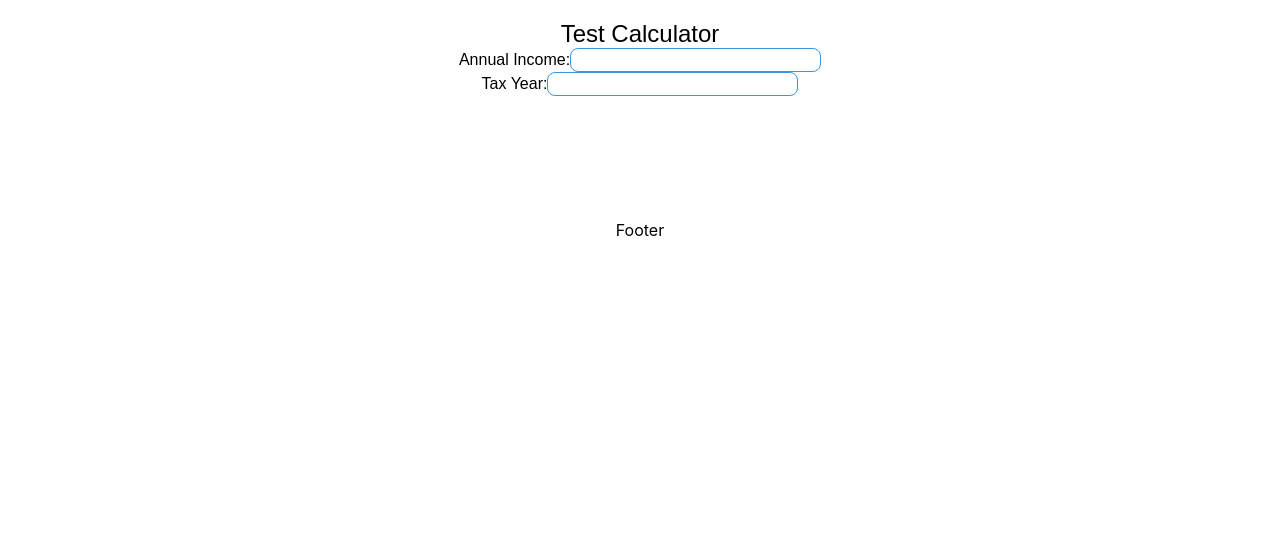
Repository: jbpadilha/taxcalculator
Page: /
The author's editor kept a copy of each file at every save. The page is drawn from the files as they stood at one save, then again after the next save.
The browser window is 1280 px wide. The pictures show the whole page.
The project was rebuilt for these pictures with package versions that can differ from the ones it lists, and the page was loaded fresh each time.

Above is the page before, as saved 2023-06-16 21:04:24.

After the next save:
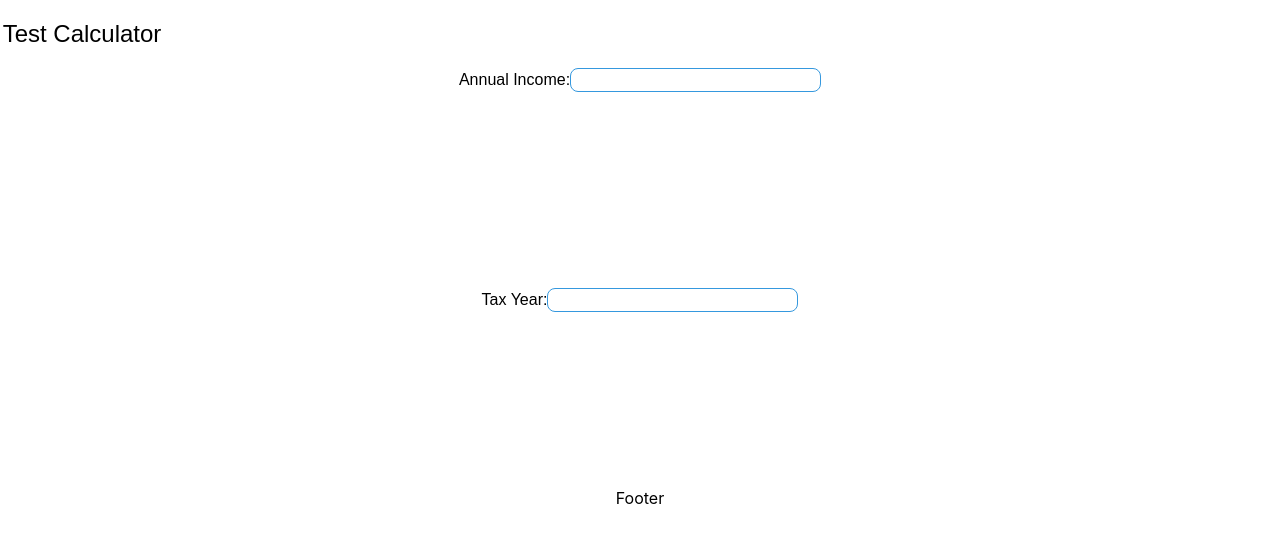
Saved 33 s later.
--- a/src/components/Main.tsx
+++ b/src/components/Main.tsx
@@ -41,12 +41,12 @@ const Main = () => {
 
     return (
         <div style={styles.content}>
-            <span style={styles.title}>Test Calculator</span>
-            <div>
+            <div style={styles.title}>Test Calculator</div>
+            <div style={styles.content}>
                 <label htmlFor='income' style={styles.titleInput}>Annual Income:</label>
                 <input style={styles.input} type="text" id="income" name="income" />
             </div>
-            <div>
+            <div style={styles.content}>
                 <label htmlFor='taxYear' style={styles.titleInput}>Tax Year:</label>
                 <input style={styles.input} type="text" id="taxYear" name="taxYear" />
             </div>
